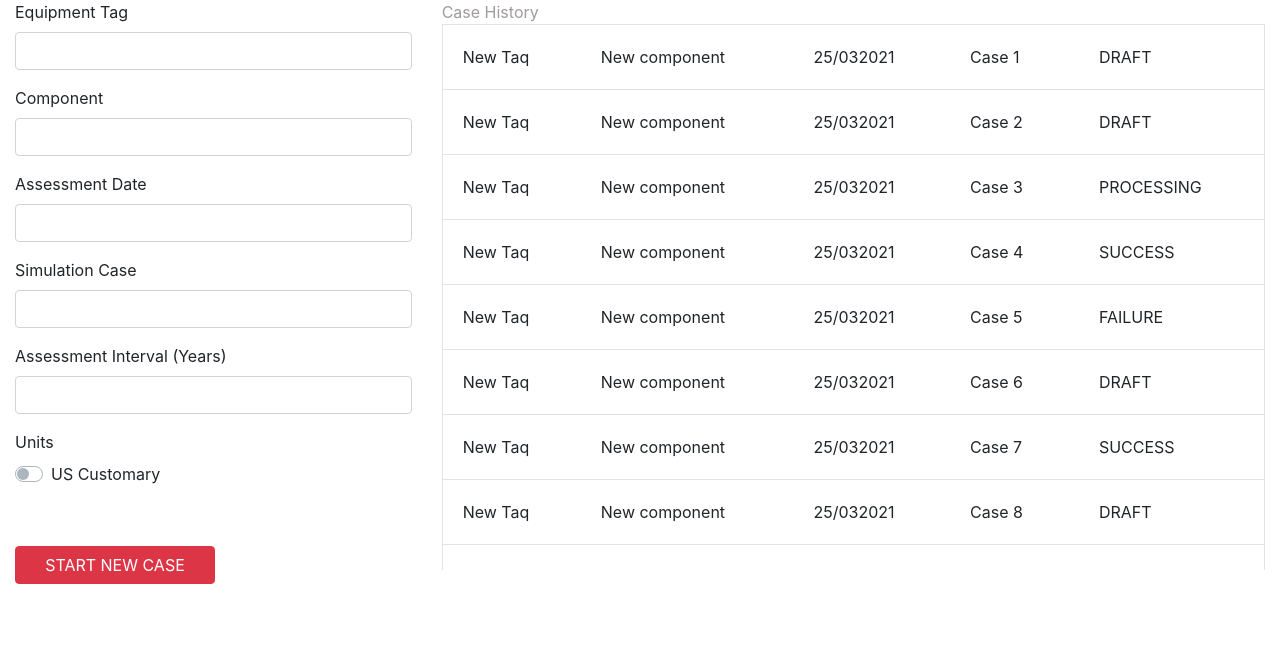
Repository: arif286/dashboard
Page: /
These files come from the project's save history. The page is drawn as it stood at one moment and after the next save; the edit follows.
The browser window is 1280 px wide. The pictures show the whole page.
An inner scrolling area shows only its first screen. The project was rebuilt for these pictures with package versions that can differ from the ones it lists, and the page was loaded fresh each time. The framework's server and built-in components were replaced by stand-ins that run in the browser. Also part of the build but not shown: nuxt.config.js, components/Nav.vue.

Above is the page before, as saved 2021-06-18 19:15:42.

After the next save:
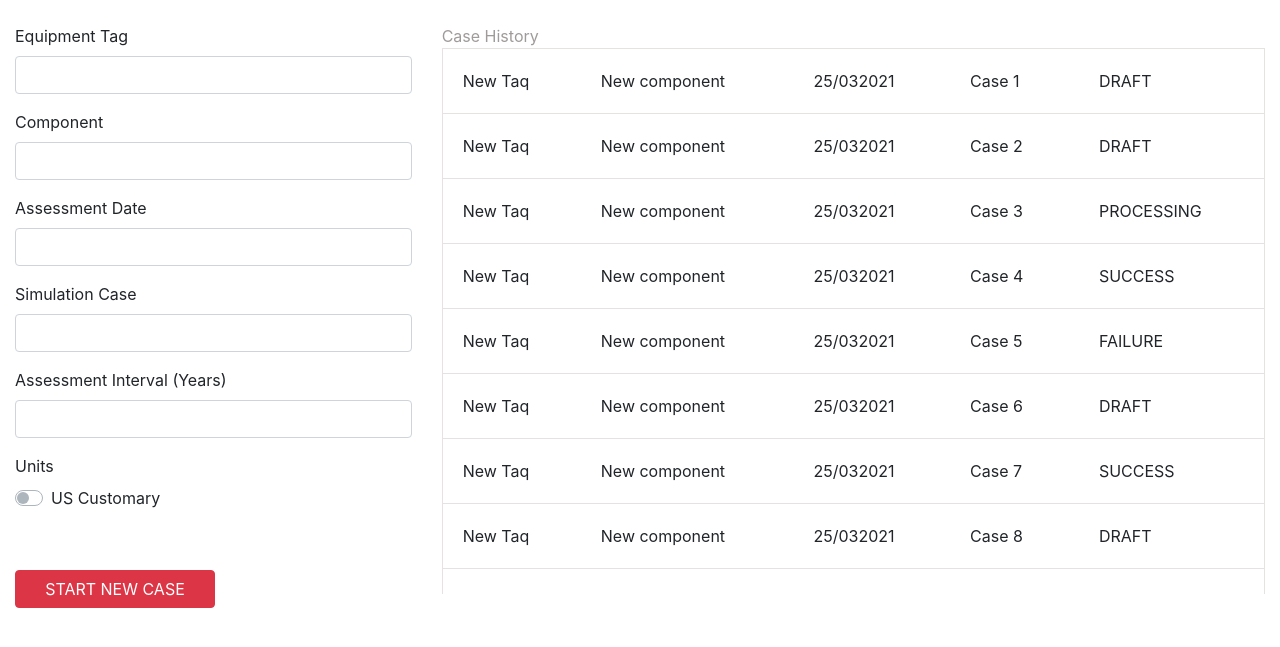
Saved 27 s later.
--- a/pages/index.vue
+++ b/pages/index.vue
@@ -1,6 +1,6 @@
 <template>
   <div class="container">
-    <div class="row">
+    <div class="row mt-4">
       <div class="col-4">
         <Form />
       </div>
